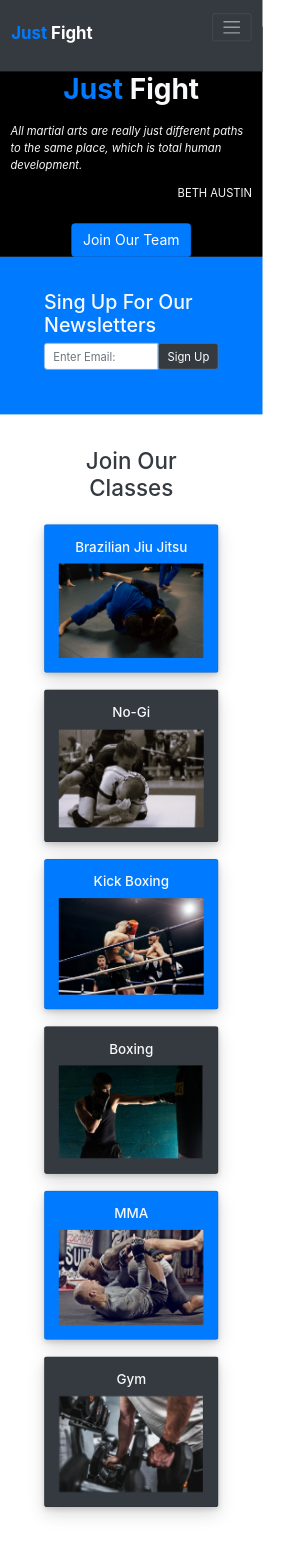
Repository: IonPara/Just-Fight
Page: index.html
These files come from the project's save history. The page is drawn as it stood at one moment and after a run of saves; the edit follows.
The browser window is 375 px wide. The page is 424 px wide, so the pictures cover 424 px, including what lies to the right of the window. The pictures show the part of the page from y = 0 to 2240 px (the page is 6067 px tall before and 6072 px after), at 70% of full size.
Some web libraries are served in a nearby version.

Above is the page before, as saved 2023-03-13 15:42:23.

After the next 2 saves:
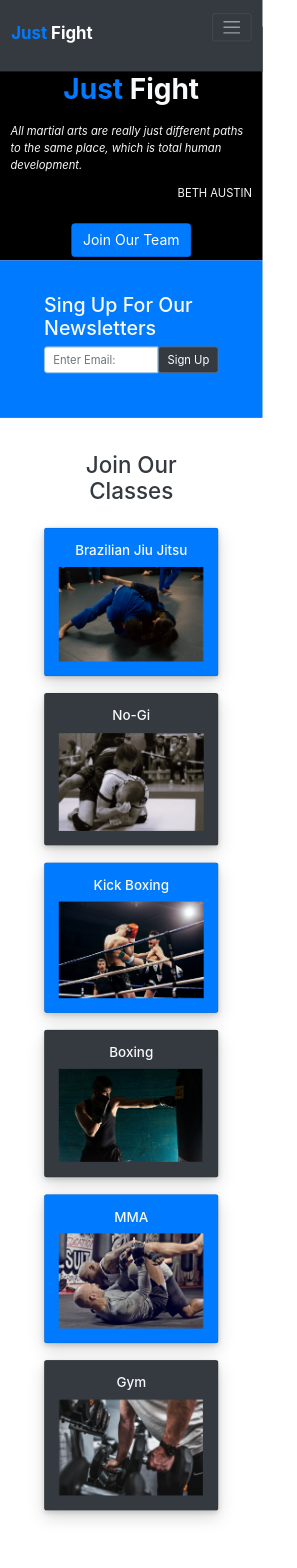
The 2 saves are shown as one change because they came seconds apart.
The last was saved 44 s later.
--- a/Styles/styles.css
+++ b/Styles/styles.css
@@ -137,4 +137,8 @@ footer p{
     .heading-container {
         min-width: 100% !important;
     }
+
+    #join {
+        margin-bottom: 5px;
+    }
 }
